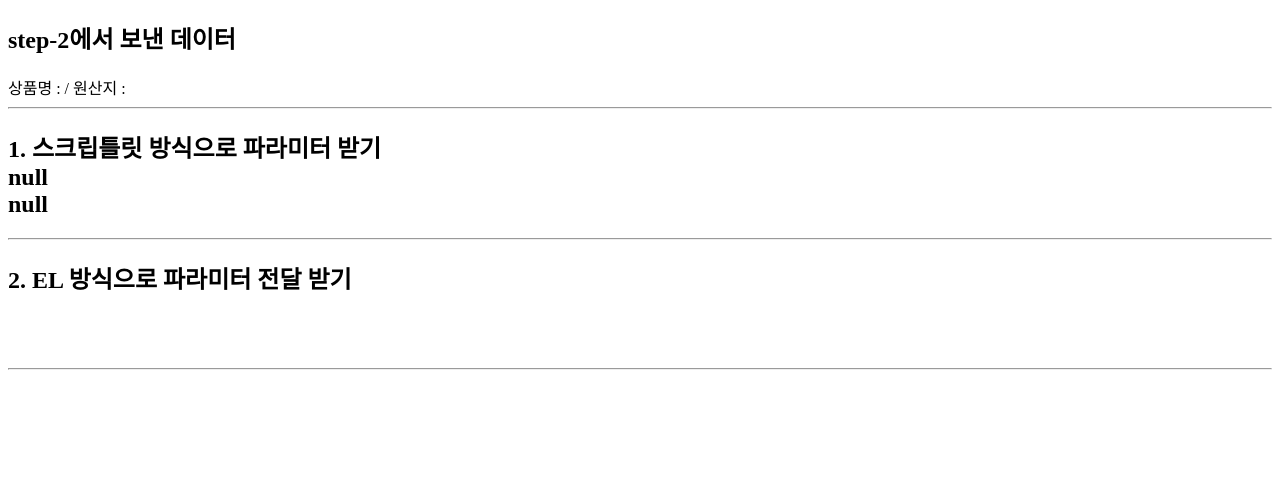
Repository: havanara/240411_JSTL_Project
Page: http://localhost/jstl_study/step-3.jsp
These files come from the project's save history. The page is drawn as it stood at one moment and after the next save; the edit follows.
The browser window is 1280 px wide. The pictures show the whole page.
The page is served by Tomcat 9.

Above is the page before, as saved 2024-04-11 03:14:23.

After the next save:
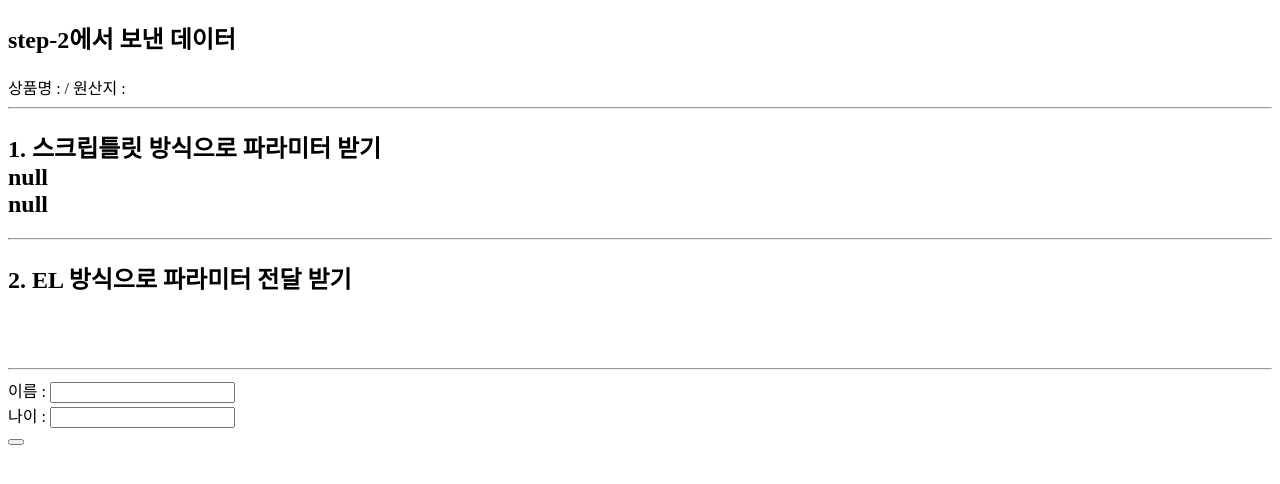
Saved 106 s later.
--- a/jstl_study/src/main/webapp/step-3.jsp
+++ b/jstl_study/src/main/webapp/step-3.jsp
@@ -32,9 +32,12 @@
 	<!-- form tag로 데이터 전송 -->
 	<!-- queryString 방식의 전송은 get방식으로 전송(주소표시줄에 그 값이 다 보임) -->
 	<!-- form tag 방식의 전송은 선택가능(get/post 방식 중 선택 가능) -->
+	<!-- 아무것도 안적으면 get방식 / method="post" post방식 설정-->
 
 	<form action="step-4.jsp">
-
+		이름 : <input type="text" name="name"> <br>
+		나이 : <input type="text" name="age"> <br>
+		<button type="button"></button>
 	</form>
 
 </body>
